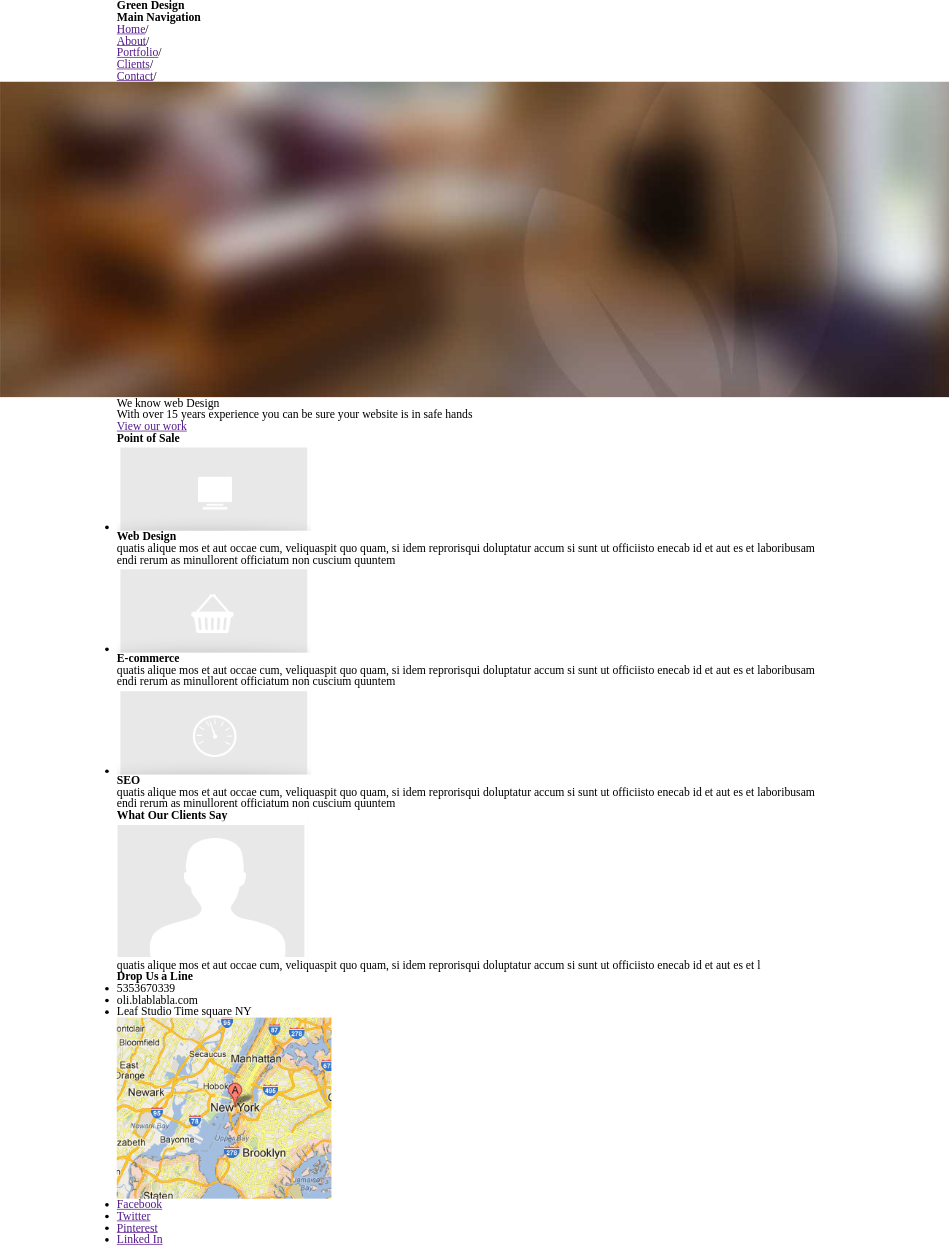
Repository: Piterwk1/psd-to-html
Page: website/index.html
An editor plug-in stored every save of this project. The page is shown before and after the next save, followed by the edit.
The browser window is 1280 px wide. The page is 1300 px wide, so the pictures cover 1300 px, including what lies to the right of the window. The pictures show the whole page, at 73% of full size.

Above is the page before, as saved 2021-09-13 21:43:54.

After the next save:
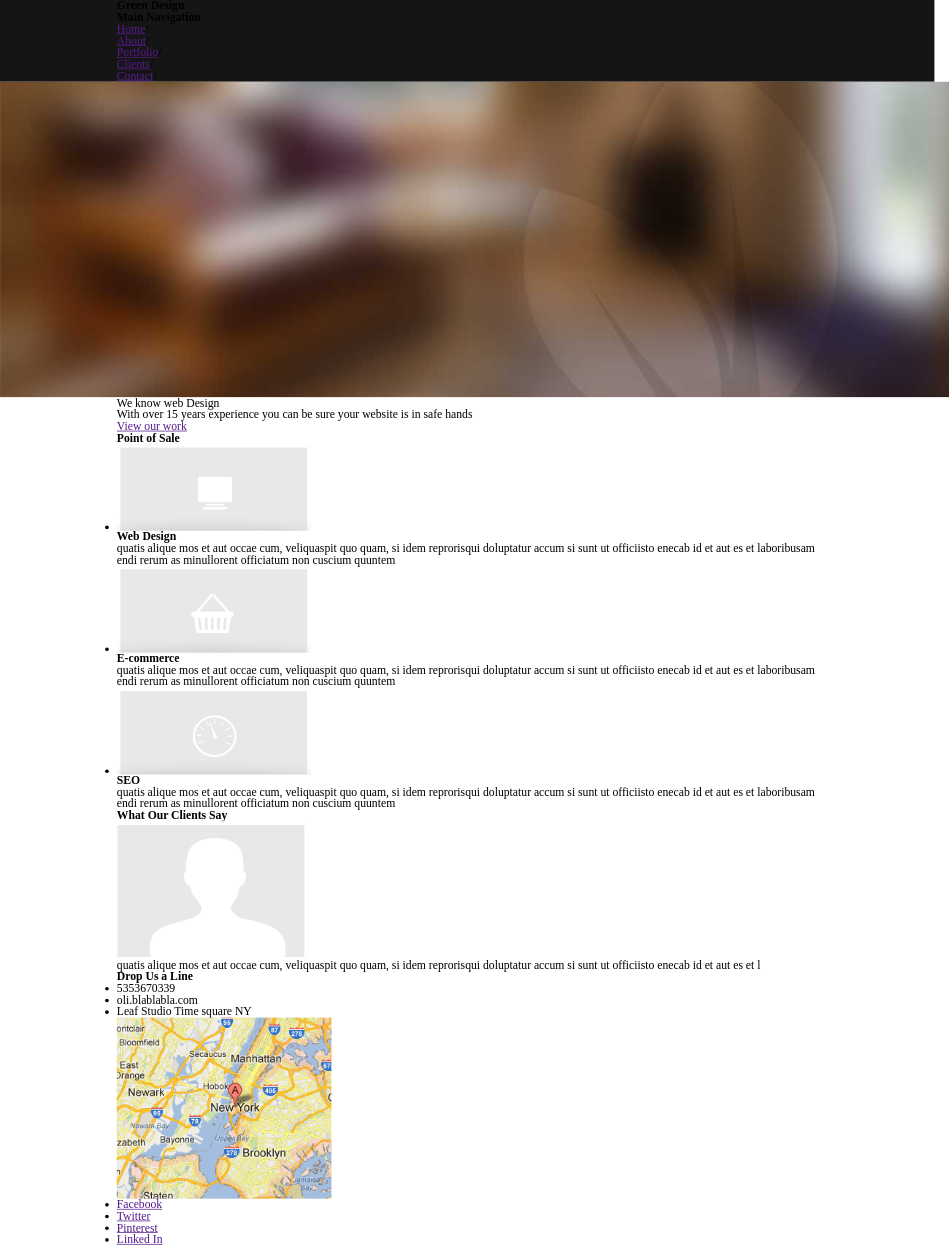
Saved 4 min 30 s later.
--- a/website/style.css
+++ b/website/style.css
@@ -98,3 +98,7 @@ input, select {
     max-width: 960px;
     margin: 0 auto;
 }
+
+header {
+    background: #151515;
+}
